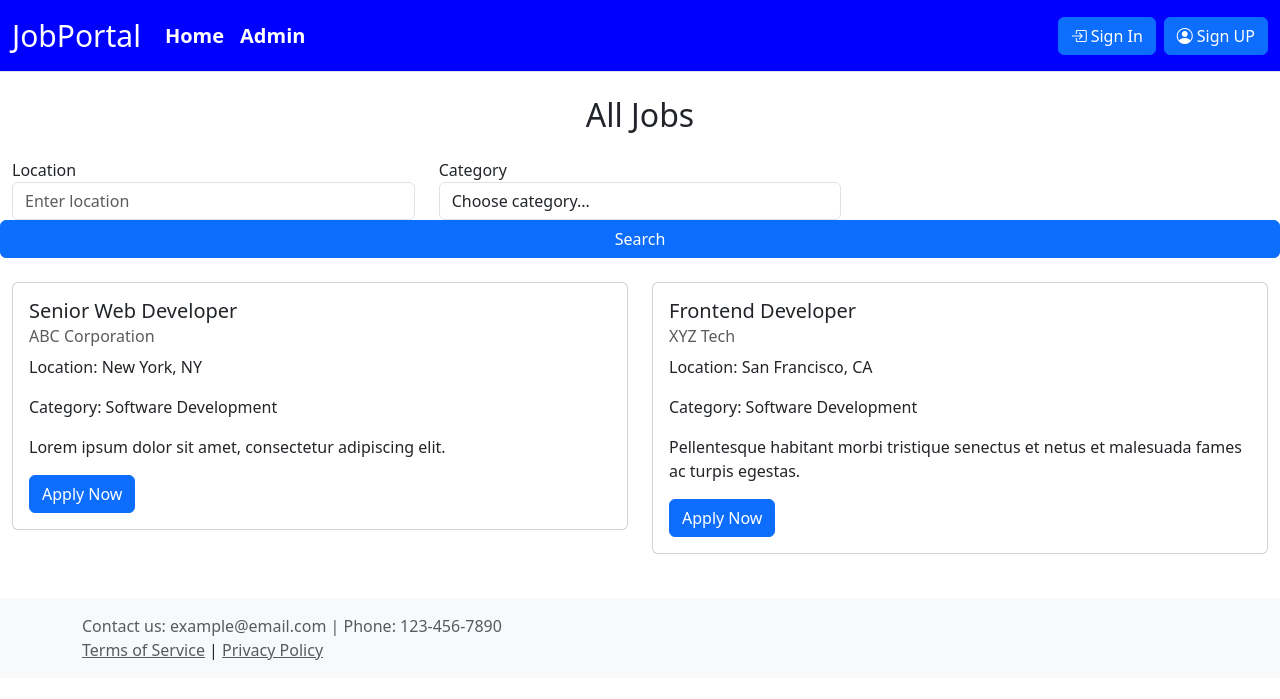
Repository: smruti12344/Job_Portal
Page: http://localhost/Job_portal/home.jsp
An editor plug-in stored every save of this project. The page is shown before and after the next save, followed by the edit.
The browser window is 1280 px wide. The pictures show the whole page.
Some web libraries are served in a nearby version. The page is served by Tomcat 9. Other server files are loaded and not shown.

Above is the page before, as saved 2024-04-17 05:58:09.

### Job_portal/src/main/webapp/home.jsp
<%@ page language="java" contentType="text/html; charset=UTF-8"
    pageEncoding="UTF-8"%>
<!DOCTYPE html>
<html lang="en">
<head>
    <meta charset="UTF-8">
    <meta name="viewport" content="width=device-width, initial-scale=1.0">
    <title>All Jobs</title>
    <!--all file links  -->
<%@include file="Components\alllinks.jsp" %>
    <!-- Custom CSS -->
    <style>
        /* Custom styles */
        .job-card {
            margin-bottom: 20px;
        }
    </style>
</head>
<body>
<%@include file="Components\navbar.jsp" %>
    <div class="container-fluid my-4">
        <h2 class="text-center mb-4">All Jobs</h2>

        <!-- Search form -->
        <form >
            <div class="row d-flex">
                <div class="form-group col-md-4">
                    <label for="inputLocation">Location</label>
                    <input type="text" class="form-control" id="inputLocation" placeholder="Enter location">
                </div>
                <div class="form-group col-md-4">
                    <label for="inputCategory">Category</label>
                    <select id="inputCategory" class="form-control">
                        <option selected>Choose category...</option>
                        <option>Software Development</option>
                        <option>Marketing</option>
                        <option>Finance</option>
                        <!-- Add more categories as needed -->
                    </select>
                </div>
                 <button type="submit" class="btn btn-primary">Search</button>
            </div>

        </form>

        <div class="row mt-4">
            <div class="col-md-6">
                <div class="card job-card">
                    <div class="card-body">
                        <h5 class="card-title">Senior Web Developer</h5>
                        <h6 class="card-subtitle mb-2 text-muted">ABC Corporation</h6>
                        <p class="card-text">Location: New York, NY</p>
                        <p class="card-text">Category: Software Development</p>
                        <p class="card-text">Lorem ipsum dolor sit amet, consectetur adipiscing elit.</p>
                        <a href="#" class="btn btn-primary">Apply Now</a>
                    </div>
                </div>
            </div>
            <!-- Add more job cards as needed -->
            <div class="col-md-6">
                <div class="card job-card">
                    <div class="card-body">
                        <h5 class="card-title">Frontend Developer</h5>
                        <h6 class="card-subtitle mb-2 text-muted">XYZ Tech</h6>
                        <p class="card-text">Location: San Francisco, CA</p>
                        <p class="card-text">Category: Software Development</p>
                        <p class="card-text">Pellentesque habitant morbi tristique senectus et netus et malesuada fames ac turpis egestas.</p>
                        <a href="#" class="btn btn-primary">Apply Now</a>
                    </div>
                </div>
            </div>
        </div>
    </div>

    <footer class="footer mt-auto py-3 bg-light">
        <div class="container">
            <span class="text-muted">Contact us: example@email.com | Phone: 123-456-7890</span>
            <div class="float-right">
                <a href="#" class="text-muted">Terms of Service</a> |
                <a href="#" class="text-muted">Privacy Policy</a>
            </div>
        </div>
    </footer>

    <!-- Bootstrap JS and jQuery (optional, for Bootstrap components that require JavaScript) -->
    <script src="https://code.jquery.com/jquery-3.5.1.slim.min.js"></script>
    <script src="https://cdn.jsdelivr.net/npm/@popperjs/core@1.16.1/dist/umd/popper.min.js"></script>
    <script src="https://stackpath.bootstrapcdn.com/bootstrap/4.5.2/js/bootstrap.min.js"></script>
</body>
</html>

### Job_portal/src/main/webapp/Components/alllinks.jsp

<link
	href="https://cdn.jsdelivr.net/npm/bootstrap@5.3.3/dist/css/bootstrap.min.css"
	rel="stylesheet"
	integrity="sha384-QWTKZyjpPEjISv5WaRU9OFeRpok6YctnYmDr5pNlyT2bRjXh0JMhjY6hW+ALEwIH"
	crossorigin="anonymous">

<link rel="stylesheet"
	href="https://cdn.jsdelivr.net/npm/bootstrap-icons@1.11.3/font/bootstrap-icons.min.css">

<script
	src="https://cdn.jsdelivr.net/npm/bootstrap@5.3.3/dist/js/bootstrap.bundle.min.js"
	integrity="sha384-YvpcrYf0tY3lHB60NNkmXc5s9fDVZLESaAA55NDzOxhy9GkcIdslK1eN7N6jIeHz"
	crossorigin="anonymous"></script>

<link rel="stylesheet" href="Components/style.css"></link>

### Job_portal/src/main/webapp/Components/navbar.jsp
 <%@ taglib prefix="c" uri="http://java.sun.com/jsp/jstl/core" %>
 <%@ page isELIgnored="false" %>
<nav class="navbar bg-dark navbar-expand-lg border-bottom border-body bg-custom" >
  <div class="container-fluid">
    <a class="navbar-brand" href="#">JobPortal</a>
    <button class="navbar-toggler" type="button" data-bs-toggle="collapse" data-bs-target="#navbarSupportedContent" aria-controls="navbarSupportedContent" aria-expanded="false" aria-label="Toggle navigation">
      <span class="navbar-toggler-icon"></span>
    </button>
    <div class="collapse navbar-collapse" id="navbarSupportedContent">
      <ul class="navbar-nav me-auto mb-2 mb-lg-0">
        <li class="nav-item">
          <a class="nav-link active" aria-current="page" href="index.jsp">Home</a>
        </li>
        <li class="nav-item">
          <a class="nav-link active" aria-current="page" href="admin.jsp">Admin</a>
        </li>
        <c:if test="${user eq 'admin@gmail.com' }">
           <li class="nav-item">
          <a class="nav-link" href="add_job.jsp"><i class="bi bi-plus-circle-fill me-1"></i>Post jobs</a>
        </li>
        <li class="nav-item">
          <a class="nav-link" href="View.jsp"><i class="bi bi-eye-fill me-1"></i>View jobs</a>
        </li>
        </c:if>




      </ul>
      <form class="d-flex" role="search">
      <c:if test="${not empty user }">

      <a href="#" > <button class="btn btn-primary me-2 " type="button"><i class="bi bi-person-circle me-1"></i>Admin</button></a>
       <a href="signup.jsp"> <button type="button" class="btn btn-primary"><i class="bi bi-box-arrow-in-right me-1"></i>Sign out</button></a>
        </c:if>

      <c:if test="${ empty user }">

      <a href="signin.jsp" > <button class="btn btn-primary me-2 " type="button"><i class="bi bi-box-arrow-in-right me-1"></i>Sign In</button></a>
       <a href="signup.jsp"> <button type="button" class="btn btn-primary"><i class="bi bi-person-circle me-1"></i>Sign UP</button></a>
        </c:if>

      </form>
    </div>
  </div>
</nav>

### Job_portal/src/main/webapp/Components/style.css
.bg-custom{
	background-color: blue !important ;
}
.navbar-brand{
	color: white;
	font-size: 30px;
	user-select: none;
}
.navbar-brand:hover{
	color: white;
	text-shadow: 2px 2px 2px black;
	cursor:auto;
}
.navbar .nav-item .nav-link{
	font-size: 20px;
	color: white;
	font-weight: bold;
}
.navbar .nav-item:hover .nav-link{
	background: white;
	color: black;
	border-radius: 10px;
	cursor: pointer;
}

After the next save:
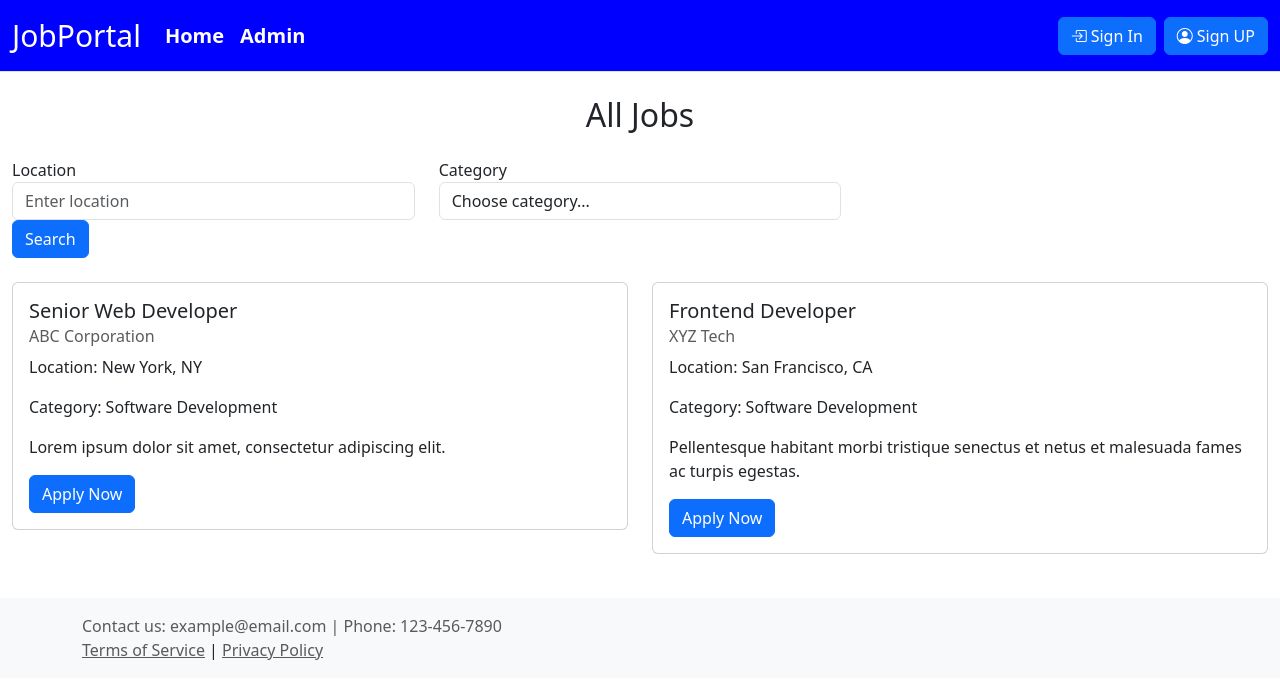
Saved 49 s later.
--- a/Job_portal/src/main/webapp/home.jsp
+++ b/Job_portal/src/main/webapp/home.jsp
@@ -38,7 +38,9 @@
                         <!-- Add more categories as needed -->
                     </select>
                 </div>
-                 <button type="submit" class="btn btn-primary">Search</button>
+                 <div>
+                    <button type="submit" class="btn btn-primary">Search</button>
+                 </div>
             </div>
 
         </form>

After the 2 saves that followed:
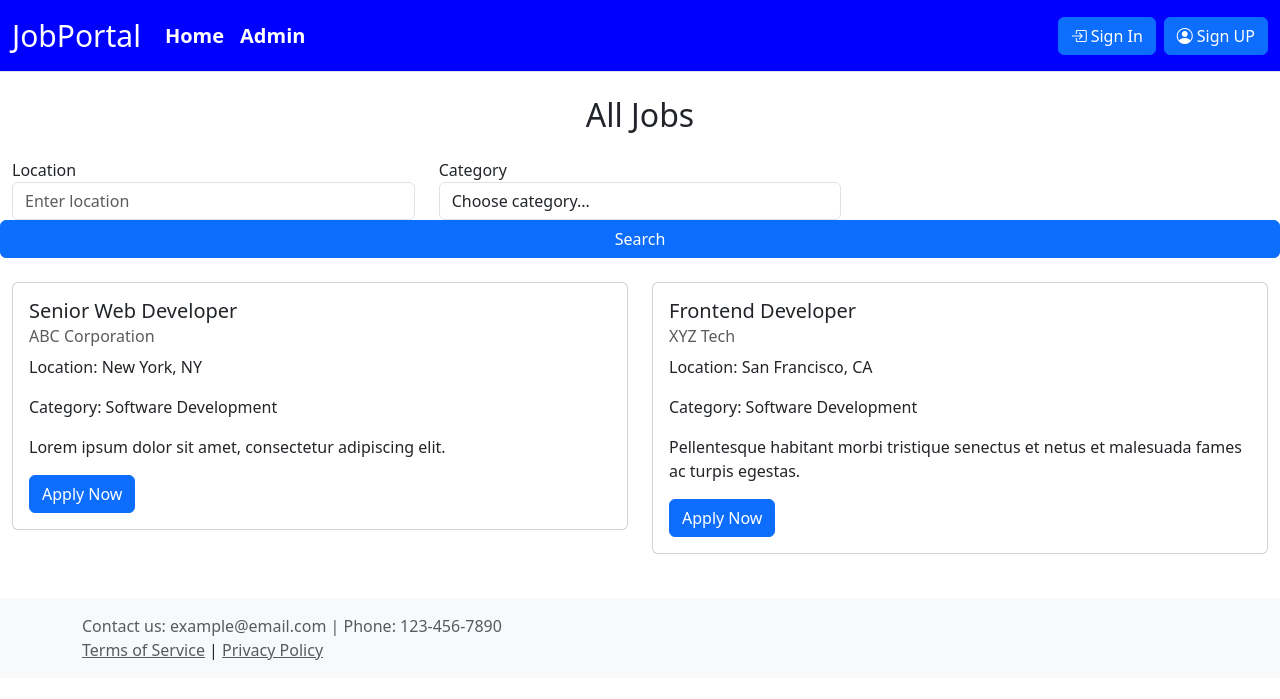
The 2 saves are shown as one change because 1 left the picture as it was.
The last was saved 2 min 6 s later.
--- a/Job_portal/src/main/webapp/home.jsp
+++ b/Job_portal/src/main/webapp/home.jsp
@@ -38,9 +38,9 @@
                         <!-- Add more categories as needed -->
                     </select>
                 </div>
-                 <div>
+
                     <button type="submit" class="btn btn-primary">Search</button>
-                 </div>
+
             </div>
 
         </form>
